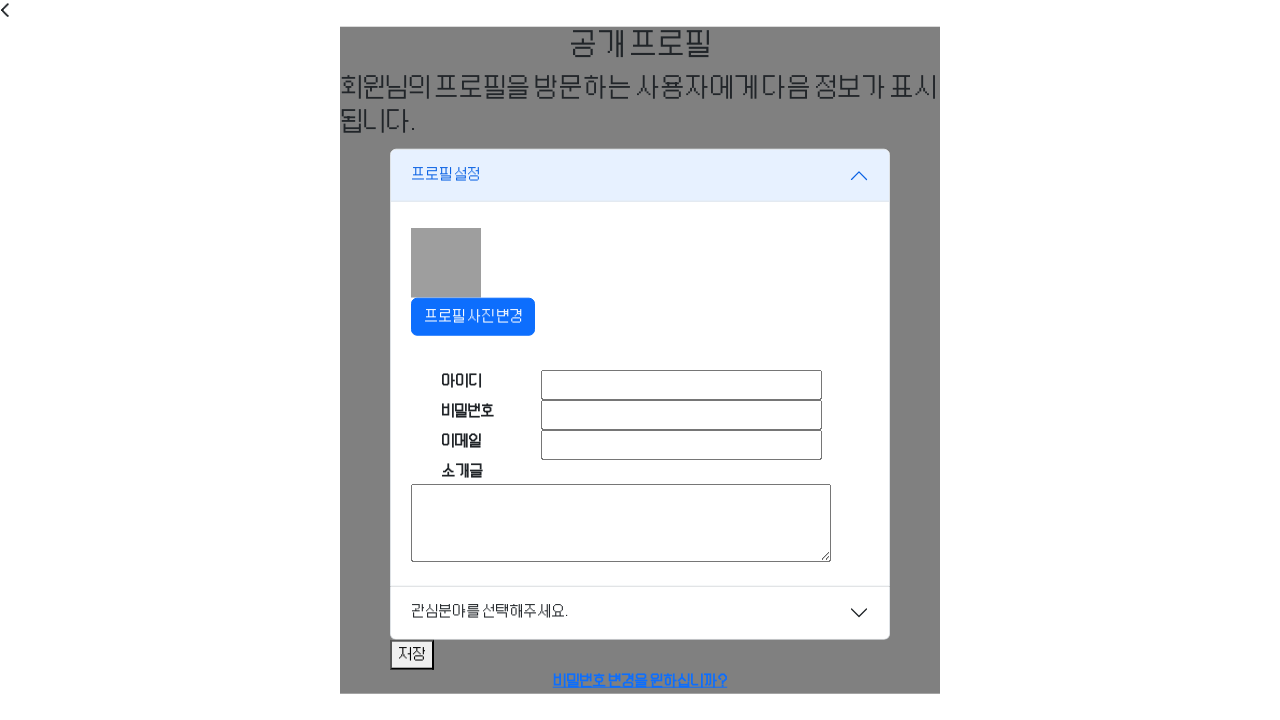
Repository: novemberjj/projects
Page: http://localhost/markup/WEB-INF/views/user/modify.jsp
An editor plug-in stored every save of this project. The page is shown before and after the next save, followed by the edit.
The browser window is 1280 px wide. The pictures show the whole page.
Pictures or frames that could not be fetched are drawn as grey boxes. Some web fonts or font styles are not loaded; a fallback is used. The page is served by Tomcat 9. Nobody is signed in. The template is opened directly, without the code that normally fills it, so the values that code supplies are empty.

Above is the page before, as saved 2023-07-19 06:00:06.

After the next save:
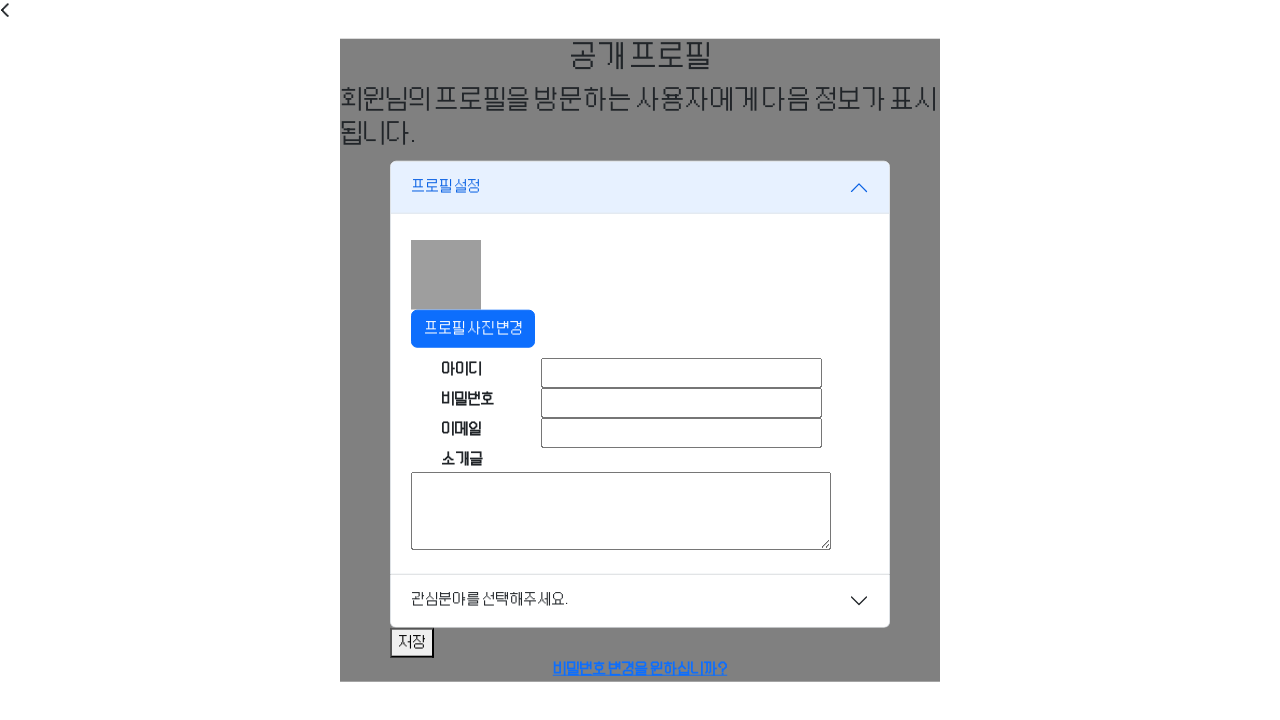
Saved 72 s later.
--- a/project2/_spring_team8/_spring_team8/markup/src/main/webapp/WEB-INF/views/user/modify.jsp
+++ b/project2/_spring_team8/_spring_team8/markup/src/main/webapp/WEB-INF/views/user/modify.jsp
@@ -35,7 +35,8 @@
 					    <!-- Button trigger modal -->
 					    <button type="button" class="btn btn-primary" data-bs-toggle="modal" data-bs-target="#staticBackdrop" id="close">프로필 사진 변경</button>
 					    <div id="previewbox"></div>
-					    <input type="file" name="img" style="display: none"> <br>
+					    <input type="file" name="img" style="display: none">
+					    <div class="modifyinputbox">
 					    <div class="jointitle">아이디</div>
 					    <input type="text" name="id" value="${uvo.id }" readonly="readonly">
 					    <div class="jointitle">비밀번호</div>
@@ -44,6 +45,7 @@
 					     <input type="email" name="email" value="${uvo.email }">
 					    <div class="jointitle">소개글</div>
 					    <textarea rows="3" cols="30" name="ucontent">${uvo.ucontent }</textarea>
+					    </div>
 					</div>
 
 				</div>
